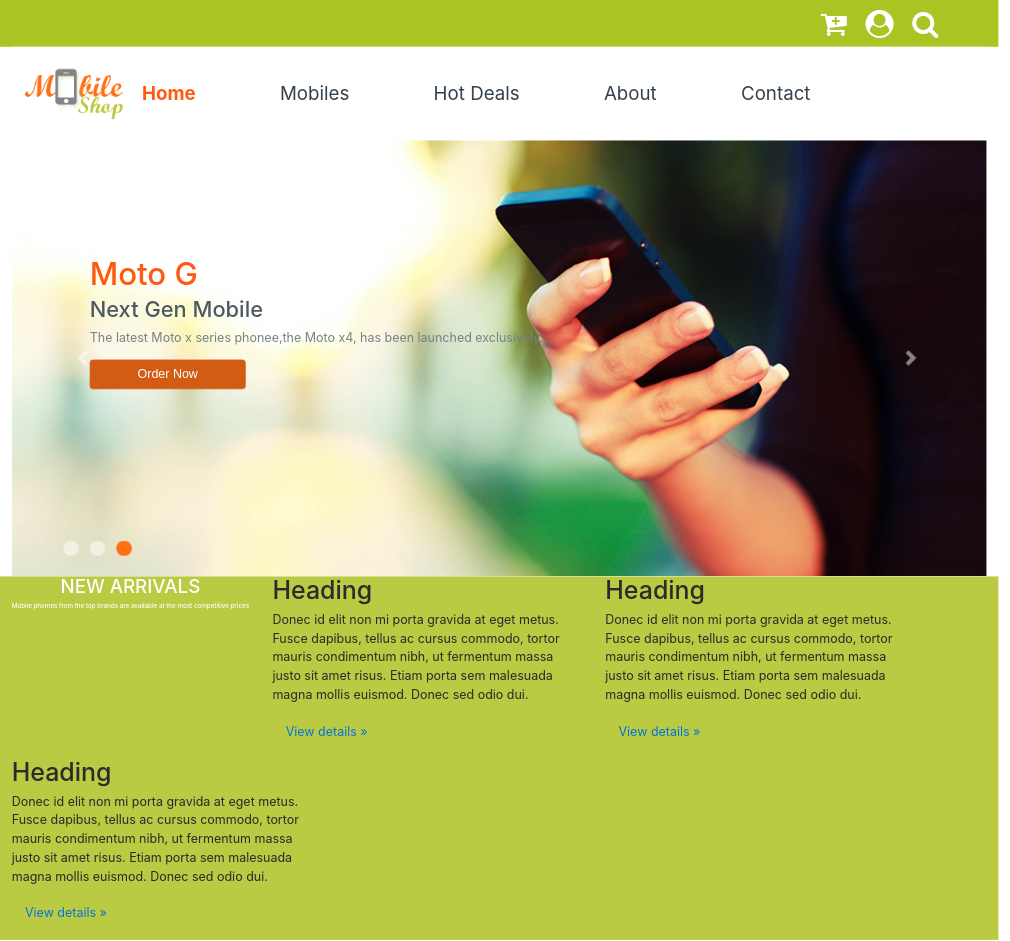
Repository: rajmohanr/mobile
Page: index.html
The author's editor kept a copy of each file at every save. The page is drawn from the files as they stood at one save, then again after the next save.
The browser window is 1280 px wide. The page is 1295 px wide, then 1280 px, so the pictures cover 1295 px, including what lies to the right of the window. The pictures show the whole page, at 78% of full size.

Above is the page before, as saved 2018-03-31 13:21:33.
Console error (its wording comes from the project's code and is left out).

### index.html
<!DOCTYPE html>
<html lang="en">
  <head>
    <meta charset="utf-8">
    <meta http-equiv="X-UA-Compatible" content="IE=edge">
    <meta name="viewport" content="width=device-width, initial-scale=1">

    <title>Bootstrap 4, from LayoutIt!</title>

    <meta name="description" content="Source code generated using layoutit.com">
    <meta name="author" content="LayoutIt!">

    <link href="css/bootstrap.min.css" rel="stylesheet">
	<link href="css/style.css" rel="stylesheet">
	<link rel="stylesheet" href="https://cdnjs.cloudflare.com/ajax/libs/font-awesome/4.7.0/css/font-awesome.min.css">

  </head>
  <body>

    <div class="container-fluid">
	<div class="row">
		<div class="col-md-12">
			<div class="row">
				<div class="col-md-12 top-bar">
					<a href="#" class="top-bar-icons last-icon"><i class="fa fa-search"  style="font-size:36px;color:white;"></i></a>
					<a href="#" class="top-bar-icons"><i class="fa fa-user-circle"  style="font-size:36px;color:white;"></i></a>
					<a href="#" class="top-bar-icons"><i class="fa fa-cart-plus"  style="font-size:36px;color:white;"></i></a>
				</div>
			</div>
			<nav class="navbar navbar-toggleable-md navbar-light bg-faded">

				<button class="navbar-toggler navbar-toggler-right" type="button" data-toggle="collapse" data-target="#bs-example-navbar-collapse-1">
					<span class="navbar-toggler-icon"></span>
				</button> <a class="navbar-brand" href="#"><img src="images/logo.png" /></a>
				<div class="collapse navbar-collapse" id="bs-example-navbar-collapse-1">
					<ul class="navbar-nav float-md-right">
						<li class="nav-item active">
							 <a class="nav-link" href="#">Home <span class="sr-only">(current)</span></a>
						</li>
						<li class="nav-item">
							 <a class="nav-link" href="#">Mobiles</a>
						</li>
						<li class="nav-item">
								<a class="nav-link" href="#">Hot Deals</a>
						</li>
						<li class="nav-item">
								<a class="nav-link" href="#">About</a>
						</li>
						<li class="nav-item">
								<a class="nav-link" href="#">Contact</a>
						</li>
					</ul>
				</div>
			</nav>

			<div class="row">
				<div class="col-md-12">
					<div class="carousel slide" id="carousel-452932">
						<ol class="carousel-indicators">
							<li data-slide-to="0" data-target="#carousel-452932">
							</li>
							<li data-slide-to="1" data-target="#carousel-452932">
							</li>
							<li data-slide-to="2" data-target="#carousel-452932" class="active">
							</li>
						</ol>
						<div class="carousel-inner">
							<div class="carousel-item">
								<img class="d-block w-100" alt="Carousel Bootstrap First" src="images/carosuel.png" />
								<div class="carousel-caption">
									<h4>
										Moto G
									</h4>
									<h3>
										Next Gen Mobile
									</h3>
									<p>
										The latest Moto x series phonee,the Moto x4, has been launched exclusively.
									</p>
									<button type="button" class="btn btn-primary">Order Now</button>
								</div>
							</div>
							<div class="carousel-item">
								<img class="d-block w-100" alt="Carousel Bootstrap Second" src="images/carosuel.png" />
								<div class="carousel-caption">
									<h4>
										Moto G
									</h4>
									<h3>
										Next Gen Mobile
									</h3>
									<p>
										The latest Moto x series phonee,the Moto x4, has been launched exclusively.
									</p>
									<button type="button" class="btn btn-primary">Order Now</button>
								</div>
							</div>
							<div class="carousel-item active">
								<img class="d-block w-100" alt="Carousel Bootstrap Third" src="images/carosuel.png" />
								<div class="carousel-caption">
									<h4>
										Moto G
									</h4>
									<h3>
										Next Gen Mobile
									</h3>
									<p>
										The latest Moto x series phonee,the Moto x4, has been launched exclusively.
									</p>
									<button type="button" class="btn btn-primary">Order Now</button>
								</div>
							</div>
						</div> <a class="carousel-control-prev" href="#carousel-452932" data-slide="prev"><span class="carousel-control-prev-icon"></span> <span class="sr-only">Previous</span></a> <a class="carousel-control-next" href="#carousel-452932" data-slide="next"><span class="carousel-control-next-icon"></span> <span class="sr-only">Next</span></a>
					</div>
				</div>
			</div>

		</div>
	</div>
	<div id="middle-wrapper" class="row">
			<div id="middle-title">
					<div class="col-md-12">
						<h1 class="text-center">
								NEW ARRIVALS
						</h1>
						<h2 class="text-center">
							Mobile phomes from the top brands are available at the most competitive prices
						</h2>
					</div>
				</div>
		<div class="col-md-4">
			<h2>
				Heading
			</h2>
			<p>
				Donec id elit non mi porta gravida at eget metus. Fusce dapibus, tellus ac cursus commodo, tortor mauris condimentum nibh, ut fermentum massa justo sit amet risus. Etiam porta sem malesuada magna mollis euismod. Donec sed odio dui.
			</p>
			<p>
				<a class="btn" href="#">View details »</a>
			</p>
		</div>
		<div class="col-md-4">
			<h2>
				Heading
			</h2>
			<p>
				Donec id elit non mi porta gravida at eget metus. Fusce dapibus, tellus ac cursus commodo, tortor mauris condimentum nibh, ut fermentum massa justo sit amet risus. Etiam porta sem malesuada magna mollis euismod. Donec sed odio dui.
			</p>
			<p>
				<a class="btn" href="#">View details »</a>
			</p>
		</div>
		<div class="col-md-4">
			<h2>
				Heading
			</h2>
			<p>
				Donec id elit non mi porta gravida at eget metus. Fusce dapibus, tellus ac cursus commodo, tortor mauris condimentum nibh, ut fermentum massa justo sit amet risus. Etiam porta sem malesuada magna mollis euismod. Donec sed odio dui.
			</p>
			<p>
				<a class="btn" href="#">View details »</a>
			</p>
		</div>
		</div>
	</div>
	<div class="row">
		<div class="col-md-12">
		</div>
	</div>
</div>

    <script src="js/jquery.min.js"></script>
    <script src="js/bootstrap.min.js"></script>
    <script src="js/scripts.js"></script>
  </body>
</html>

### css/style.css
.top-bar{
    height: 60px;
    background-color: #acc324;
}

.top-bar-icons{
    float: right;
    padding: 12px;
    position: relative;
}

.last-icon{
    margin-right: 50px;
}

.navbar{
    height: 120px;
    background-color: #fff;
}

.navbar-light .navbar-nav .active>.nav-link, .navbar-light .navbar-nav .nav-link.active, .navbar-light .navbar-nav .nav-link.open, .navbar-light .navbar-nav .open>.nav-link{
    color: #ff5912!important;
    font-weight: bold;
    font-size: 24px;
}

.navbar-nav .nav-link{
    padding-right: 100px!important;
}

.navbar-light .navbar-nav .nav-link{
    color: #34404b!important;
    font-size: 24px;
}

.carousel-caption{
    text-align: left!important;
    left: 100px!important;
    bottom: 0px!important;
    top:130px!important;
}

.carousel-caption h4{
    color: #ff5912!important;
    font-size: 2.5rem!important;
}

.carousel-caption h3{
    color: #4C5963!important;
}

.carousel-caption p{
    color: #788186!important;
}
.btn-primary{
    color: #fff;
    background-color: #D25C14!important;
    border-color: #D25C14!important;
    width: 200px;
}

.carousel-indicators li {
    border-radius: 12px;
    width: 20px;
    height: 20px;
    max-width: 20px!important;
    margin-right: 1%;
}
.carousel-indicators {
    margin-right: 5%!important;
    margin-left: 5%!important;
    justify-content: left!important;
}

.carousel-indicators .active {
    background-color: #FF7013!important;
}

#middle-wrapper{
    background-color: #BACA43;
}

#middle-title h1{
    font-size: 1.5rem;
    color: #fff;
}

#middle-title h2{
    font-size: 0.5rem;
    color: #fff;
}

Loaded but not shown: css/bootstrap.min.css (library); js/jquery.min.js (library); js/bootstrap.min.js (library); js/scripts.js (common file)

After the next save:
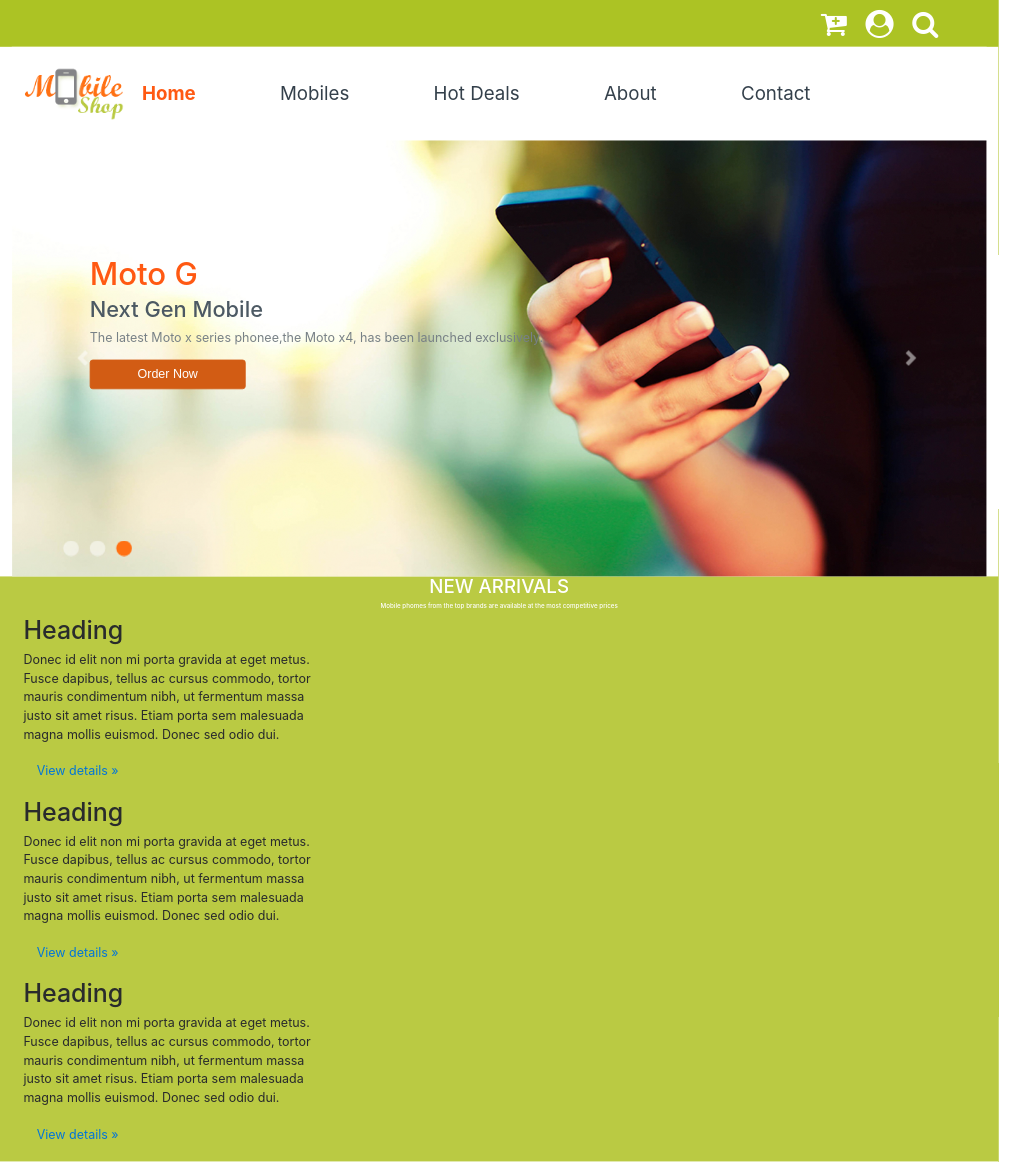
Saved 17 s later.
--- a/index.html
+++ b/index.html
@@ -118,7 +118,8 @@
 		</div>
 	</div>
 	<div id="middle-wrapper" class="row">
-			<div id="middle-title">
+		<div class="col-md-12">
+			<div id="middle-title" class="row">
 					<div class="col-md-12">
 						<h1 class="text-center">
 								NEW ARRIVALS
